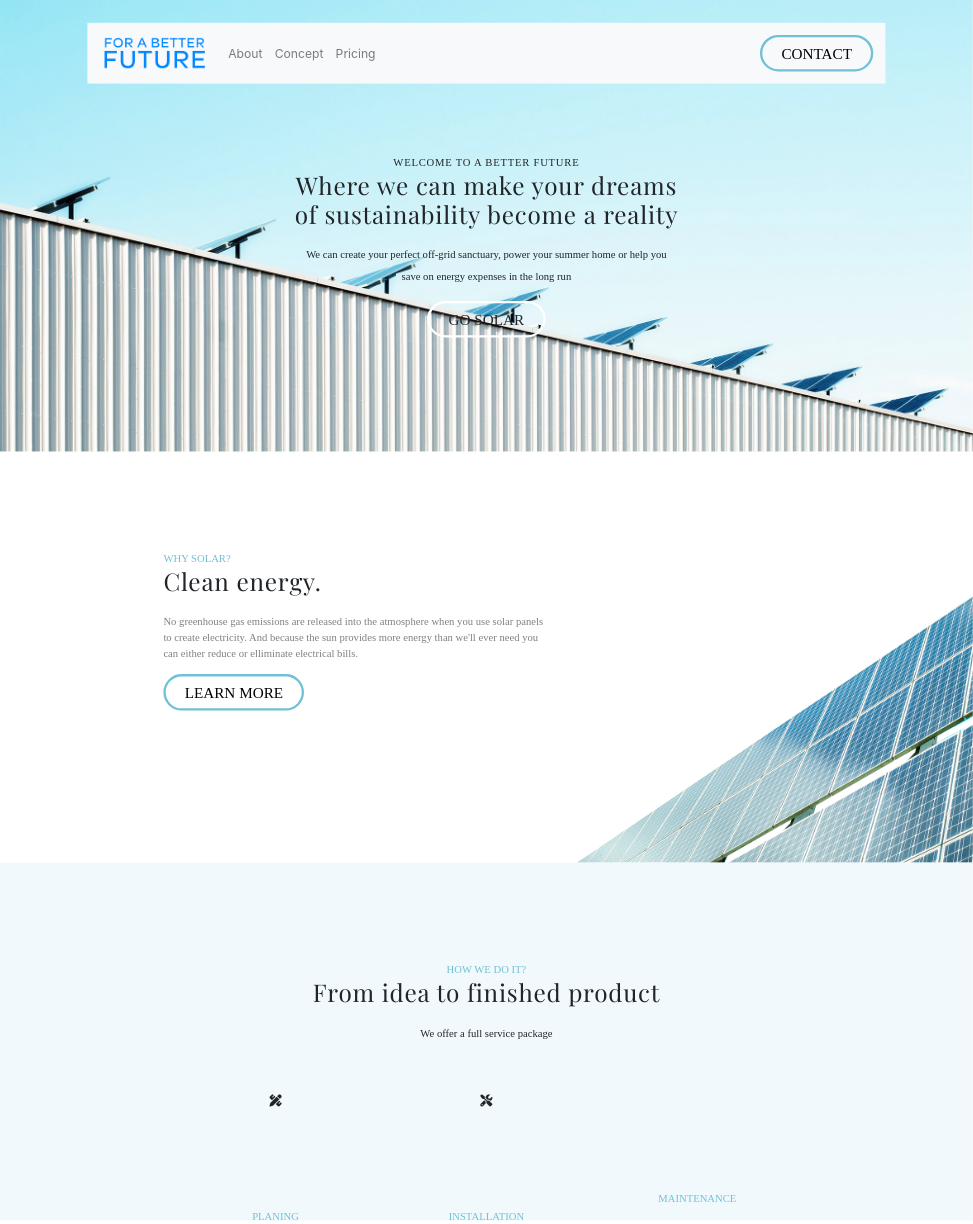
Repository: sabinemm/fabf
Page: index.html
The author's editor kept a record of every edit. The page is drawn from the files as they stood at one moment, then again after the next edit.
The browser window is 1280 px wide. The pictures show the whole page, at 76% of full size.
Backgrounds fixed to the window are drawn as part of the page. Some web fonts or font styles are not loaded; a fallback is used. Some web libraries are served in a nearby version.

Above is the page before.

After the next edit:
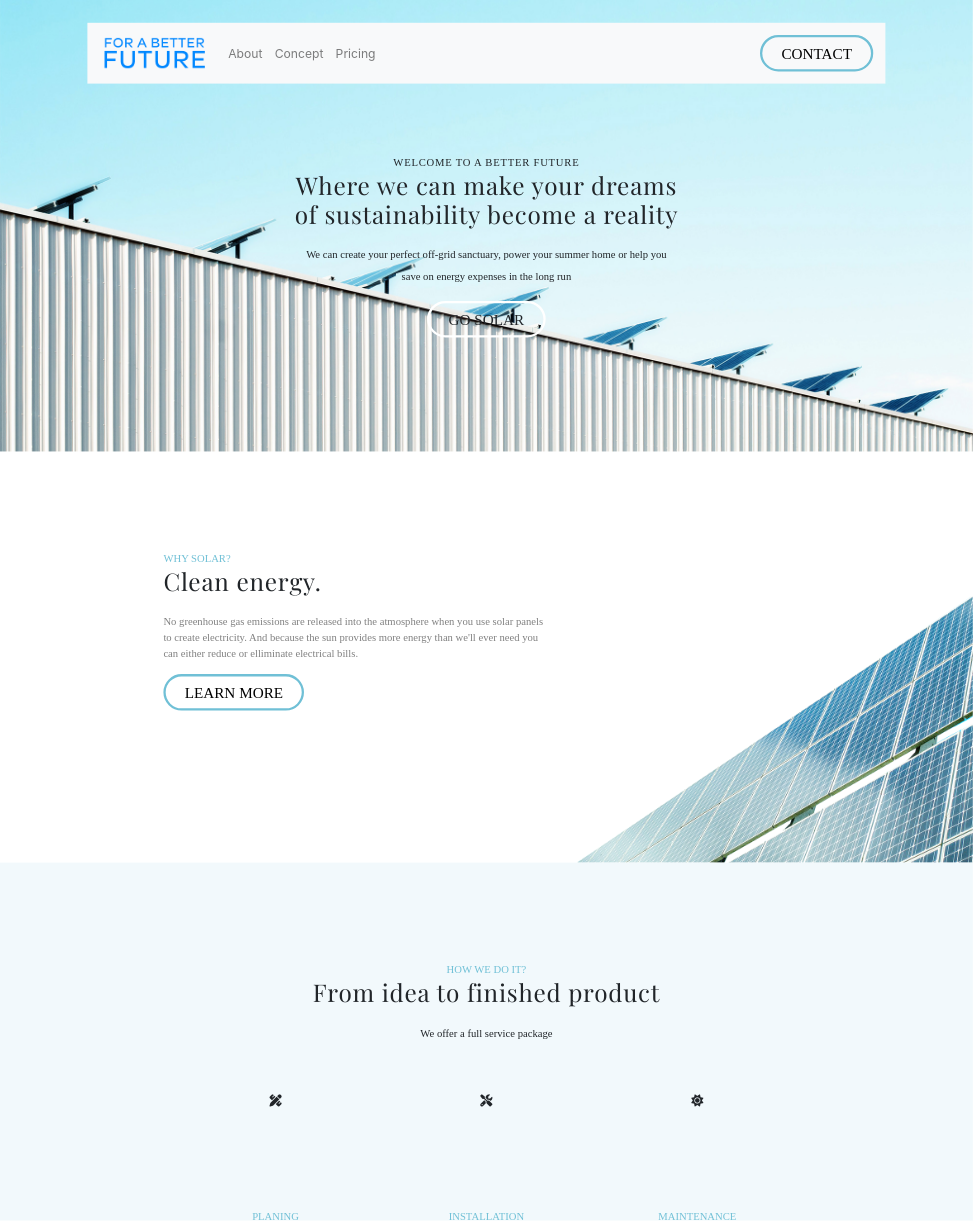
The edit:
--- a/index.html
+++ b/index.html
@@ -101,6 +101,7 @@
                      <p class="uppercase stitle stitle-blue">INSTALLATION</p>
                 </div>
                 <div class="col-sm-3 col-md-3">
+                    <div class="icon"><i class="fas fa-sun"></i></div>
                      <p class="uppercase stitle stitle-blue">MAINTENANCE</p>
                 </div>
             </div>
